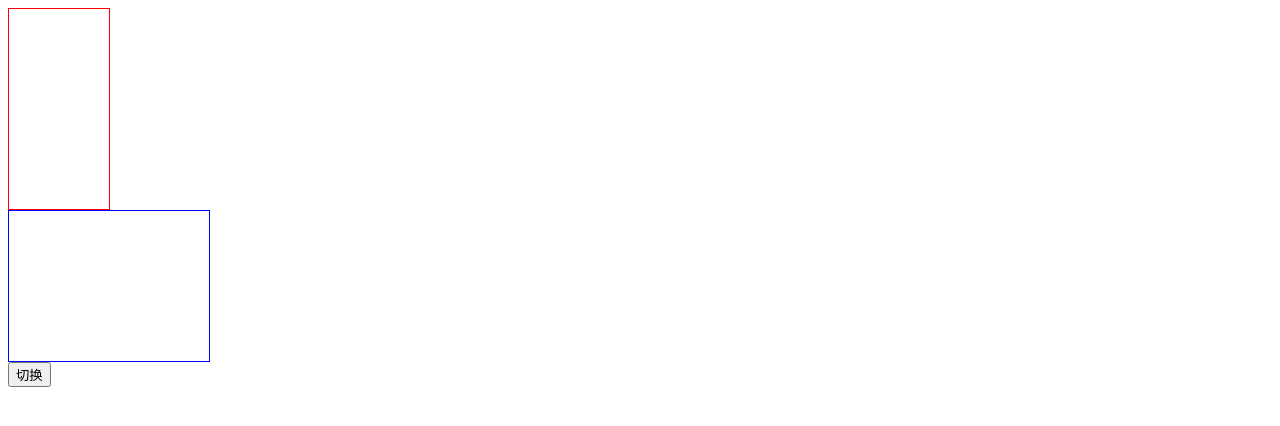
Repository: chenguocan/Vue_demo_1
Page: style样式处理.html
These files come from the project's save history. The page is drawn as it stood at one moment and after the next save; the edit follows.
The browser window is 1280 px wide. The pictures show the whole page.

Above is the page before, as saved 2020-07-20 15:31:45.

### style样式处理.html
<!DOCTYPE html>
<html lang="en">
  <head>
    <meta charset="UTF-8" />
    <meta name="viewport" content="width=device-width, initial-scale=1.0" />
    <title>Document</title>
  </head>
  <body>
    <div id="app">
      <div
        v-bind:style="{border:borderStyle,width:widthStyle,height:heightStyle}"
      ></div>
      <div v-bind:style="objStyle"></div>
      <button v-on:click="handle">切换</button>
    </div>
  </body>
  <script src="./js/vue.js"></script>
  <script>
    var app = new Vue({
      el: "#app",
      data: {
        borderStyle: "1px solid red",
        widthStyle: "100px",
        heightStyle: "200px",
        objStyle: {
          border: "1px solid blue",
          width: "200px",
          height: "150px",
        },
      },
      methods: {
        handle: function () {
          this.objStyle.width = "300px";
        },
      },
    });
  </script>
</html>

Loaded but not shown: js/vue.js (library)

After the next save:
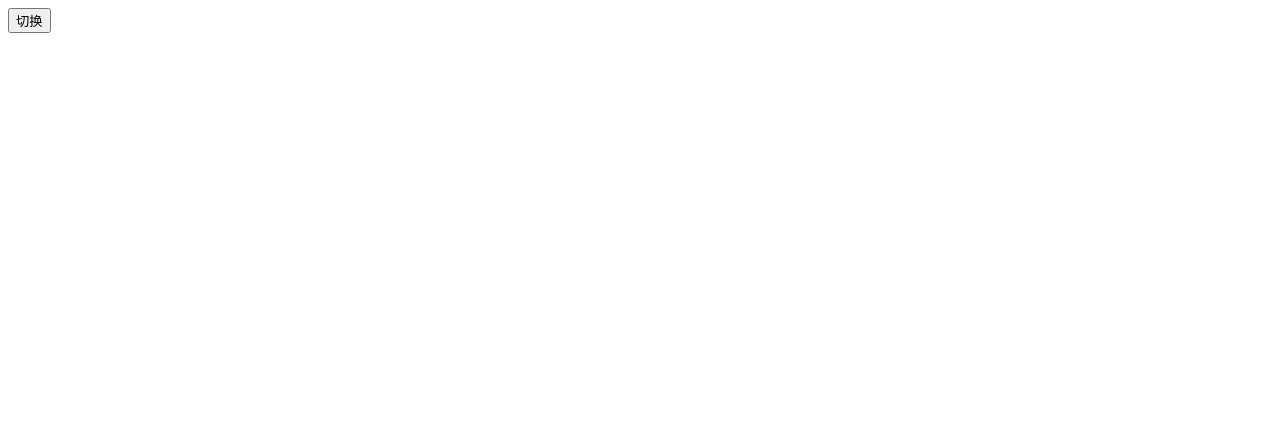
Console error: SyntaxError: Unexpected token '-'
Saved 61 s later.
--- a/style样式处理.html
+++ b/style样式处理.html
@@ -27,6 +27,9 @@
           width: "200px",
           height: "150px",
         },
+        overrideStyle:{
+            background-color:"yellow",
+        }
       },
       methods: {
         handle: function () {

After the save that followed:
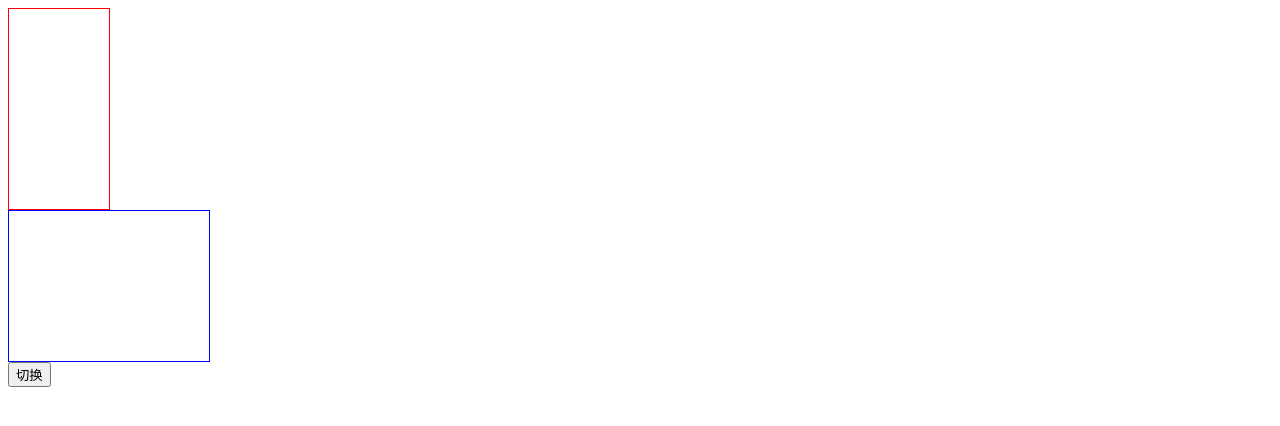
The error is gone.
Saved 13 s later.
--- a/style样式处理.html
+++ b/style样式处理.html
@@ -27,9 +27,9 @@
           width: "200px",
           height: "150px",
         },
-        overrideStyle:{
-            background-color:"yellow",
-        }
+        overrideStyle: {
+          backgroundColor: "yellow",
+        },
       },
       methods: {
         handle: function () {
